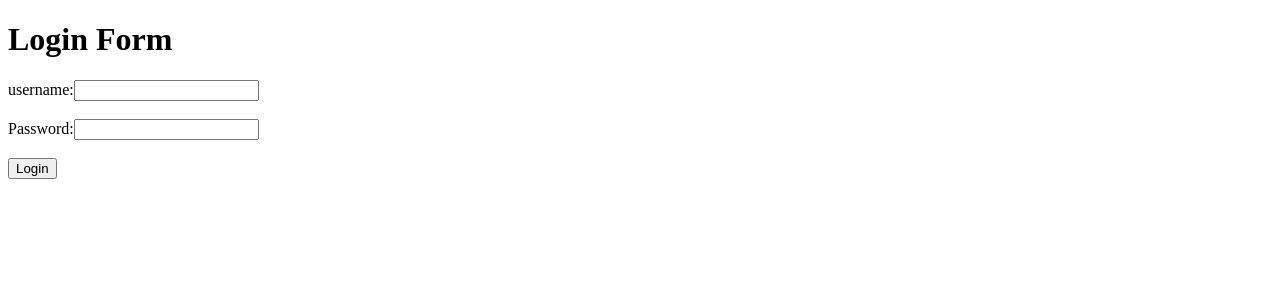
Repository: AbubakarShaik/Java_J2EE_Project
Page: http://localhost/com.testprojectServlet/login.jsp
These files come from the project's save history. The page is drawn as it stood at one moment and after the next save; the edit follows.
The browser window is 1280 px wide. The pictures show the whole page.
The page is served by Tomcat 9. Other server files are loaded and not shown.

Above is the page before, as saved 2016-12-21 10:22:40.

### com.testprojectServlet/WebContent/login.jsp
<%@ page language="java" contentType="text/html; charset=ISO-8859-1"
    pageEncoding="ISO-8859-1"%>
<!DOCTYPE html PUBLIC "-//W3C//DTD HTML 4.01 Transitional//EN" "http://www.w3.org/TR/html4/loose.dtd">
<html>
<head>
<meta http-equiv="Content-Type" content="text/html; charset=ISO-8859-1">
<title>login</title>
</head>
<h1>Login Form</h1>
<body>
<div>

<td>username:<input type="text" name="UserName"></td>
<br>
</br>
<td>Password:<input type="text" name="pswtext"></td>
<br>
</br>
<td> <input type="Submit" value="Login"> </td>


</div>
</body>
</html>

After the next save:
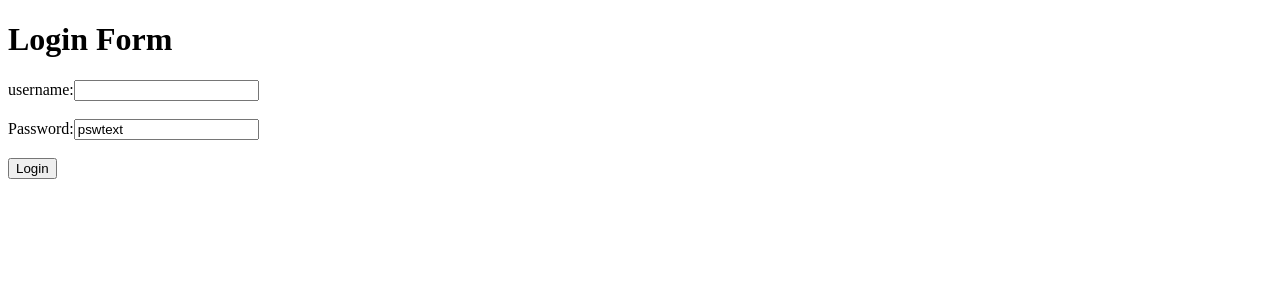
Saved 31 s later.
--- a/com.testprojectServlet/WebContent/login.jsp
+++ b/com.testprojectServlet/WebContent/login.jsp
@@ -13,7 +13,7 @@
 <td>username:<input type="text" name="UserName"></td>
 <br>
 </br>
-<td>Password:<input type="text" name="pswtext"></td>
+<td>Password:<input type="text" value="pswtext"></td>
 <br>
 </br>
 <td> <input type="Submit" value="Login"> </td>

After the save that followed:
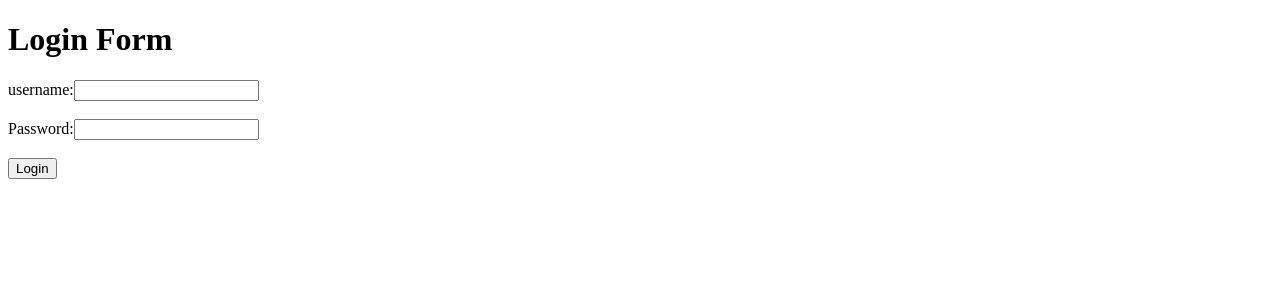
Saved 59 s later.
--- a/com.testprojectServlet/WebContent/login.jsp
+++ b/com.testprojectServlet/WebContent/login.jsp
@@ -13,7 +13,7 @@
 <td>username:<input type="text" name="UserName"></td>
 <br>
 </br>
-<td>Password:<input type="text" value="pswtext"></td>
+<td>Password:<input type="text" name="Password"></td>
 <br>
 </br>
 <td> <input type="Submit" value="Login"> </td>
